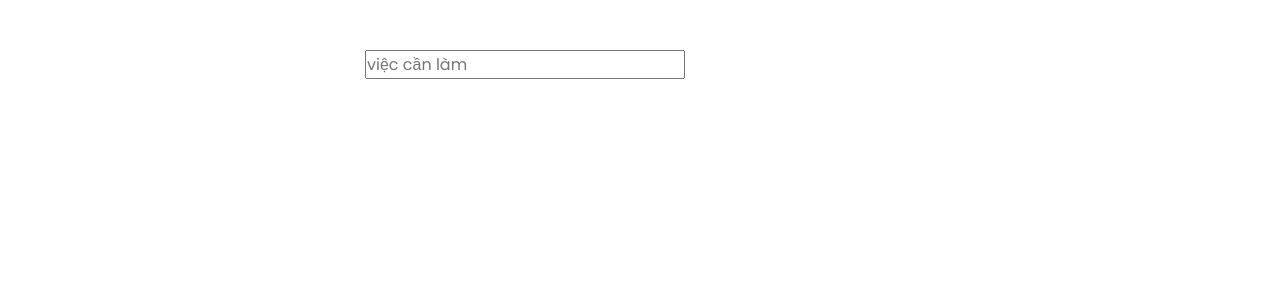
Repository: Kaii-Dev/js-course
Page: BAI-TAP/todolist/index.html
The author's editor kept a copy of each file at every save. The page is drawn from the files as they stood at one save, then again after a run of saves.
The browser window is 1280 px wide. The pictures show the whole page.

Above is the page before, as saved 2021-12-22 19:46:14.

### BAI-TAP/todolist/index.html
<!DOCTYPE html>
<html lang="en">
<head>
   <meta charset="UTF-8">
   <meta http-equiv="X-UA-Compatible" content="IE=edge">
   <meta name="viewport" content="width=device-width, initial-scale=1.0">
   <title>to do list</title>
   <link rel="preconnect" href="https://fonts.gstatic.com" />
   <link
     href="https://fonts.googleapis.com/css2?family=Poppins:wght@400;600&display=swap"
     rel="stylesheet"
   />
   <link
     rel="stylesheet"
     href="https://cdnjs.cloudflare.com/ajax/libs/font-awesome/4.7.0/css/font-awesome.min.css"
     integrity="sha512-SfTiTlX6kk+qitfevl/7LibUOeJWlt9rbyDn92a1DqWOw9vWG2MFoays0sgObmWazO5BQPiFucnnEAjpAB+/Sw=="
     crossorigin="anonymous"
   />
   <style>
      html {
  box-sizing: border-box;
}
* {
  margin: 0;
  padding: 0;
}
*,
*:before,
*:after {
  box-sizing: border-box;
}
input,
textarea,
select,
button {
  outline: none;
}
input {
  line-height: normal;
}
label,
button {
  cursor: pointer;
}
a {
  text-decoration: none;
}
img {
  display: block;
  max-width: 100%;
}
*,
*:before,
*:after {
  box-sizing: border-box;
}
/* using rem unit */
html {
  font-size: 62.5%;
}
a {
  text-decoration: none;
}
img {
  display: block;
  max-width: 100%;
}
input,
button,
body {
  font-family: "Poppins", sans-serif;
  font-size: 16px;
  line-height: 1;
}
.todo {
  padding: 25px;
  margin: 25px auto;
  max-width: 600px;
}
.todo-form {
  width: 100%;
  display: flex;
}
.todo-submit {
  padding: 15px;
  border: 0;
  background-color: #2979ff;
  color: white;
  border-radius: 0 10px 10px 0;
  flex-shrink: 0;
}
.todo-input {
  width: 100%;
  border: 1px solid #eee;
  padding: 15px;
  border-radius: 10px 0 0 10px;
}
.todo-item {
  margin-top: 15px;
  display: flex;
  align-items: center;
  padding: 15px 0;
}
.todo-text {
  flex: 1;
  font-weight: 300;
  color: #333;
  display: inline-block;
  padding-right: 20px;
  white-space: nowrap;
  max-width: 100%;
  overflow: hidden;
  text-overflow: ellipsis;
  line-height: 1.4;
}
.todo-remove {
  flex-shrink: 0;
  width: 40px;
  height: 40px;
  background-color: #fc5776;
  color: white;
  border-radius: 4px;
  cursor: pointer;
  display: flex;
  justify-content: center;
  align-items: center;
}
   </style>
</head>
<body>
   <div class="todo">
      <div class="todo-form">
         <input type="text" placeholder="việc cần làm">
      </div>
   </div>
   <script src="./starter.js"></script>
</body>
</html>

Loaded but not shown: BAI-TAP/todolist/starter.js (no stored copy; drawn as an empty file)

After the next 2 saves:
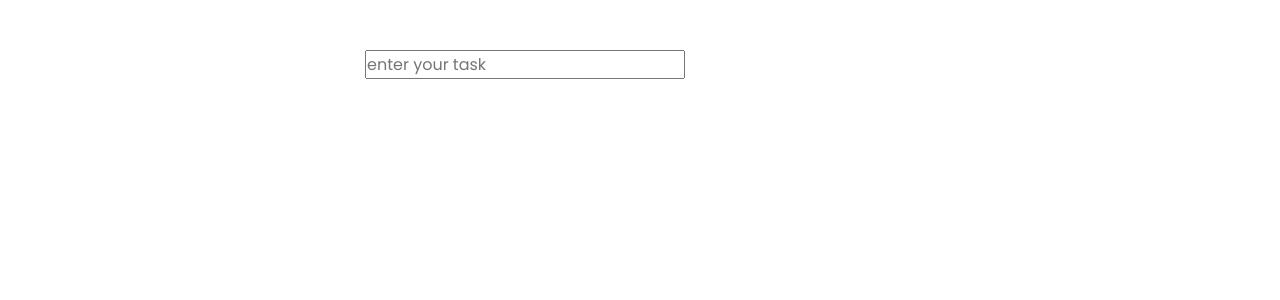
The 2 saves are shown as one change because they came seconds apart.
The last was saved 11 s later.
--- a/BAI-TAP/todolist/index.html
+++ b/BAI-TAP/todolist/index.html
@@ -130,7 +130,8 @@ body {
 <body>
    <div class="todo">
       <div class="todo-form">
-         <input type="text" placeholder="việc cần làm">
+         <input type="text" placeholder="enter your task" clá
+         >
       </div>
    </div>
    <script src="./starter.js"></script>
